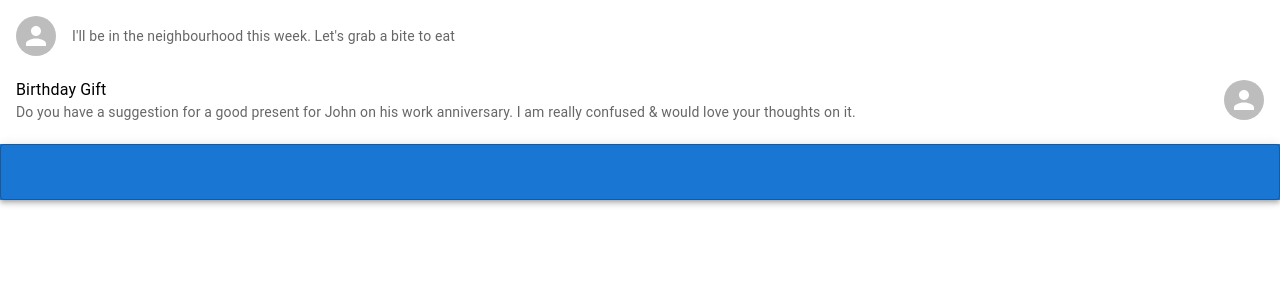
Repository: background-position/midway-react
Page: /chart
An editor plug-in stored every save of this project. The page is shown before and after a run of saves, followed by the edit.
The browser window is 1280 px wide. The pictures show the whole page.
The project was rebuilt for these pictures with package versions that can differ from the ones it lists, and the page was loaded fresh each time. Also part of the build but not shown: vite.config.ts, src/service/apis/lambda/index.ts, src/client/pages/login/login.tsx, src/client/pages/register/register.tsx.

Above is the page before, as saved 2021-12-31 18:07:22.

### src/main.tsx
import React from 'react';
import ReactDOM from 'react-dom';
import './index.css';
import App from './client/App';
import { BrowserRouter } from 'react-router-dom';
ReactDOM.render(
    <BrowserRouter>
        <React.StrictMode>
            <App />
        </React.StrictMode>
    </BrowserRouter>,
    document.getElementById('root'),
);

### src/client/App.tsx
import React from 'react';
import { Routes, Route } from 'react-router-dom';
import About from './pages/about/about';
import Login from './pages/login/login';
import Register from './pages/register/register';
import Chart from './pages/chart/index';
function App() {
    return (
        <div className="App">
            <Routes>
                <Route path="/" element={<Login />} />
                <Route path="/register" element={<Register />} />
                <Route path="/chart" element={<Chart />} />
            </Routes>
        </div>
    );
}
export default App;

### src/client/pages/chart/index.tsx
import React, { useState, useEffect, FC } from 'react';
import Container from '@mui/material/Container';
import Header from './components/header';
import Chart from './components/chart';

interface PageProps {}
const App: FC<PageProps> = () => {
    return <Chart />;
};
export default App;

### src/client/pages/chart/components/chart.tsx
import React, { useState, useEffect, FC } from 'react';
import { chartList } from './res';
import { styled } from '@mui/material/styles';
import TextField from '@mui/material/TextField';
import AppBar from '@mui/material/AppBar';
import Box from '@mui/material/Box';
import CssBaseline from '@mui/material/CssBaseline';
import Toolbar from '@mui/material/Toolbar';
import Typography from '@mui/material/Typography';
import IconButton from '@mui/material/IconButton';
import Paper from '@mui/material/Paper';
import Fab from '@mui/material/Fab';
import List from '@mui/material/List';
import ListItem from '@mui/material/ListItem';
import ListItemAvatar from '@mui/material/ListItemAvatar';
import ListItemText from '@mui/material/ListItemText';
import ListSubheader from '@mui/material/ListSubheader';
import Avatar from '@mui/material/Avatar';
import MenuIcon from '@mui/icons-material/Menu';
import AddIcon from '@mui/icons-material/Add';
import SearchIcon from '@mui/icons-material/Search';
import MoreIcon from '@mui/icons-material/MoreVert';
import { makeStyles } from '@material-ui/styles';
interface PageProps {}
const useStyles = makeStyles({
    root: {
        display: 'flex',
        justifyContent: 'flex-end',
    },
});

const App: FC<PageProps> = () => {
    const classes = useStyles();
    return (
        <div>
            <List sx={{ mb: 2, marginBottom: '0px' }}>
                {chartList.map(({ id, nickname, content, isMe }) => (
                    <React.Fragment key={id}>
                        {isMe ? (
                            <ListItem button>
                                <ListItemText
                                    primary={nickname}
                                    secondary={content}
                                />
                                <ListItemAvatar className={classes.root}>
                                    <Avatar alt="Profile Picture" />
                                </ListItemAvatar>
                            </ListItem>
                        ) : (
                            <ListItem button>
                                <ListItemAvatar>
                                    <Avatar alt="Profile Picture" />
                                </ListItemAvatar>
                                <ListItemText secondary={content} />
                            </ListItem>
                        )}
                    </React.Fragment>
                ))}
            </List>
            <AppBar position="sticky" sx={{ top: 'auto', bottom: 0 }}>
                <TextField id="outlined-basic" variant="outlined" />
            </AppBar>
        </div>
    );
};
export default App;

### src/client/pages/chart/components/res.ts
interface chartItem {
    id?: string | number;
    nickname: string;
    content: string;
    logo?: string;
    isMe: boolean;
    [propname: string]: any;
}
export const chartList: Array<chartItem> = [
    {
        id: 1,
        nickname: 'Brunch this week?',
        content:
            "I'll be in the neighbourhood this week. Let's grab a bite to eat",
        isMe: false,
    },
    {
        id: 2,
        nickname: 'Birthday Gift',
        content: `Do you have a suggestion for a good present for John on his work
        anniversary. I am really confused & would love your thoughts on it.`,
        isMe: true,
    },
    // {
    //     id: 3,
    //     nickname: 'Recipe to try',
    //     content:
    //         'I am try out this new BBQ recipe, I think this might be amazing',
    //     isMe: false,
    // },
    // {
    //     id: 4,
    //     nickname: 'Yes!',
    //     content: 'I have the tickets to the ReactConf for this year.',
    //     isMe: false,
    // },
    // {
    //     id: 5,
    //     nickname: "Doctor's Appointment",
    //     content:
    //         'My appointment for the doctor was rescheduled for next Saturday.',
    //     isMe: false,
    // },
    // {
    //     id: 6,
    //     nickname: 'Discussion',
    //     content: `Menus that are generated by the bottom app bar (such as a bottom
    //     navigation drawer or overflow menu) open as bottom sheets at a higher elevation
    //     than the bar.`,
    //     isMe: true,
    // },
    // {
    //     id: 7,
    //     nickname: 'Summer BBQ',
    //     content: `Who wants to have a cookout this weekend? I just got some furniture
    //     for my backyard and would love to fire up the grill.`,
    //     isMe: true,
    // },
    // {
    //     id: 71,
    //     nickname: 'Summer BBQ',
    //     content: `Who wants to have a cookout this weekend? I just got some furniture
    //     for my backyard and would love to fire up the grill.`,
    //     isMe: false,
    // },
    // {
    //     id: 72,
    //     nickname: 'Summer BBQ',
    //     content: `Who wants to have a cookout this weekend? I just got some furniture
    //     for my backyard and would love to fire up the grill.`,
    //     isMe: false,
    // },
    // {
    //     id: 73,
    //     nickname: 'Summer BBQ',
    //     content: `Who wants to have a cookout this weekend? I just got some furniture
    //     for my backyard and would love to fire up the grill.`,
    //     isMe: true,
    // },
    // {
    //     id: 74,
    //     nickname: 'Summer BBQ',
    //     content: `Who wants to have a cookout this weekend? I just got some furniture
    //     for my backyard and would love to fire up the grill.`,
    //     isMe: false,
    // },
    // {
    //     id: 75,
    //     nickname: 'Summer BBQ',
    //     content: `Who wants to have a cookout this weekend? I just got some furniture
    //     for my backyard and would love to fire up the grill.`,
    //     isMe: true,
    // },
];

Loaded but not shown: index.html (common file); src/index.css (common file)

After the next 2 saves:
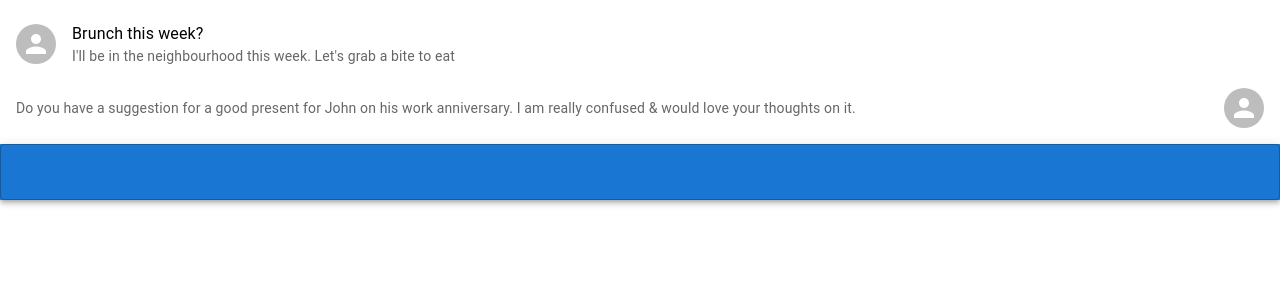
The 2 saves are shown as one change because they came seconds apart.
The last was saved 7 s later.
--- a/src/client/pages/chart/components/chart.tsx
+++ b/src/client/pages/chart/components/chart.tsx
@@ -38,10 +38,7 @@ const App: FC<PageProps> = () => {
                     <React.Fragment key={id}>
                         {isMe ? (
                             <ListItem button>
-                                <ListItemText
-                                    primary={nickname}
-                                    secondary={content}
-                                />
+                                <ListItemText secondary={content} />
                                 <ListItemAvatar className={classes.root}>
                                     <Avatar alt="Profile Picture" />
                                 </ListItemAvatar>
@@ -51,7 +48,10 @@ const App: FC<PageProps> = () => {
                                 <ListItemAvatar>
                                     <Avatar alt="Profile Picture" />
                                 </ListItemAvatar>
-                                <ListItemText secondary={content} />
+                                <ListItemText
+                                    primary={nickname}
+                                    secondary={content}
+                                />
                             </ListItem>
                         )}
                     </React.Fragment>
